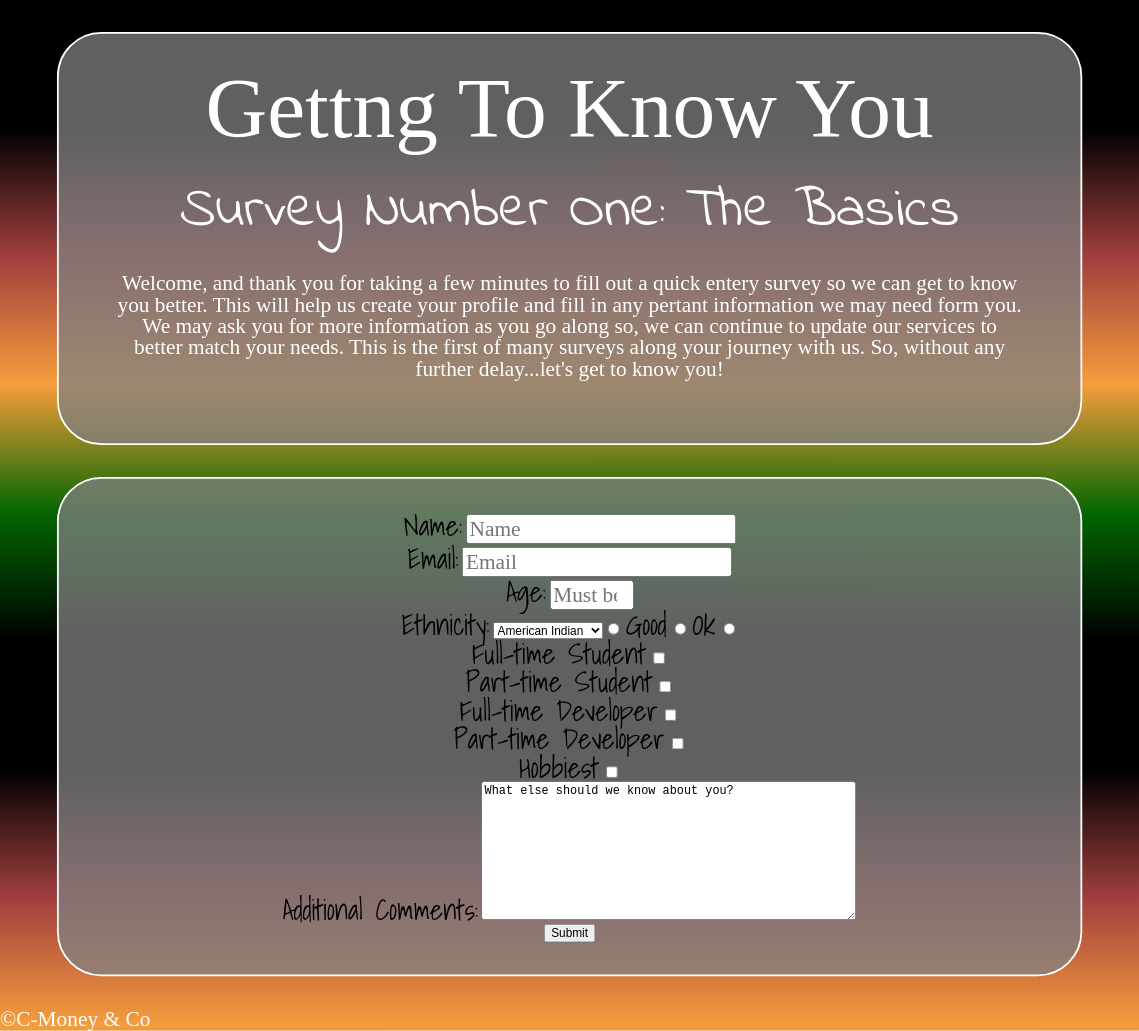
Repository: ctcoleman/surveyForm
Page: index.html
The author's editor kept a copy of each file at every save. The page is drawn from the files as they stood at one save, then again after a run of saves.
The browser window is 1280 px wide. The pictures show the whole page, at 89% of full size.
Some web fonts or font styles are not loaded; a fallback is used.

Above is the page before, as saved 2020-06-29 11:13:13.

After the next 2 saves:
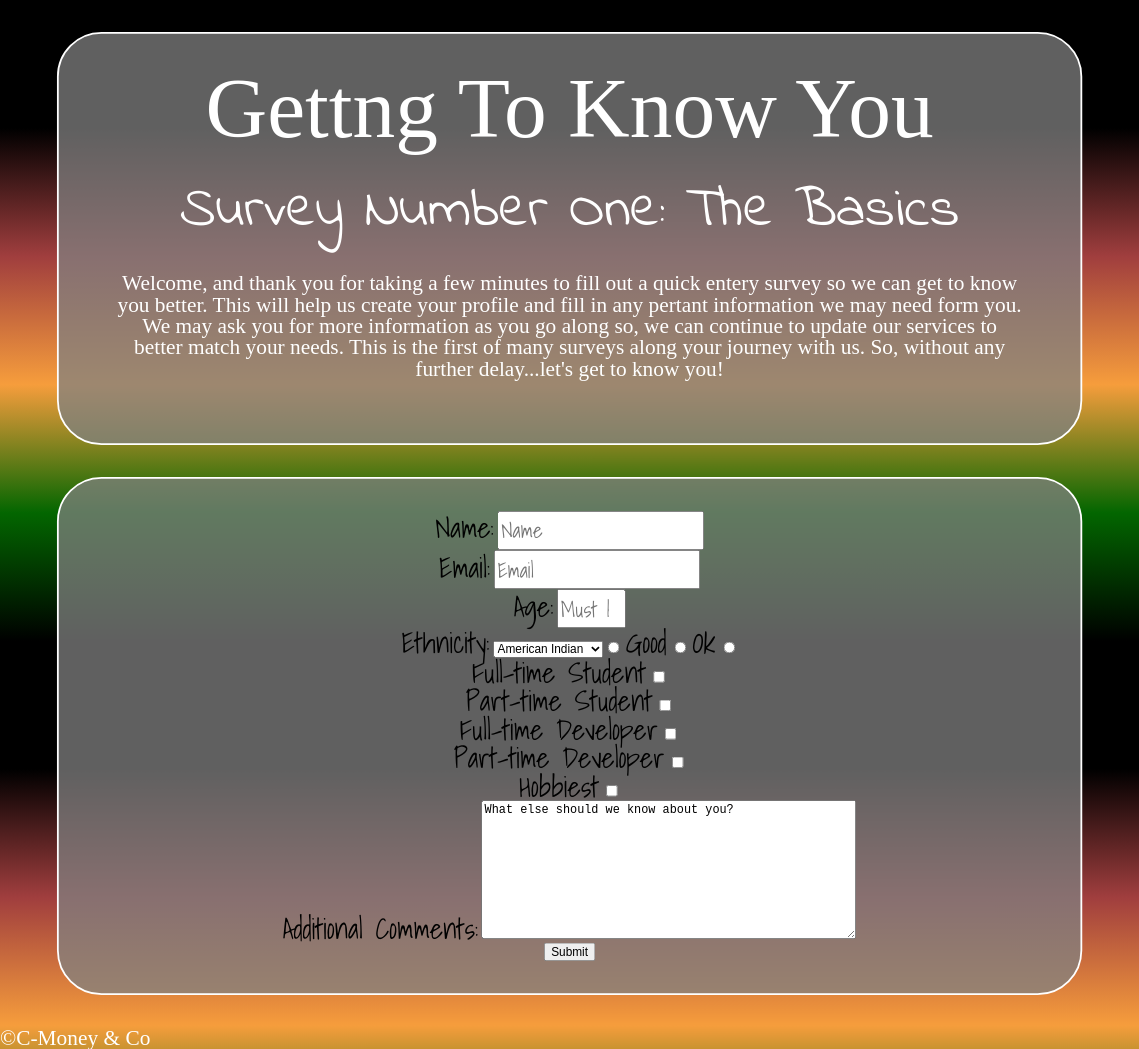
The 2 saves are shown as one change because they came seconds apart.
The last was saved 9 s later.
--- a/assets/stylesheets/index.css
+++ b/assets/stylesheets/index.css
@@ -124,7 +124,8 @@ header {
 }
 #surveyForm input {
   font-size: 1.5rem;
-  font-family: 'Sha'
+  font-family: 'Shadows Into Light', cursive;
+
 }
 
 /*
